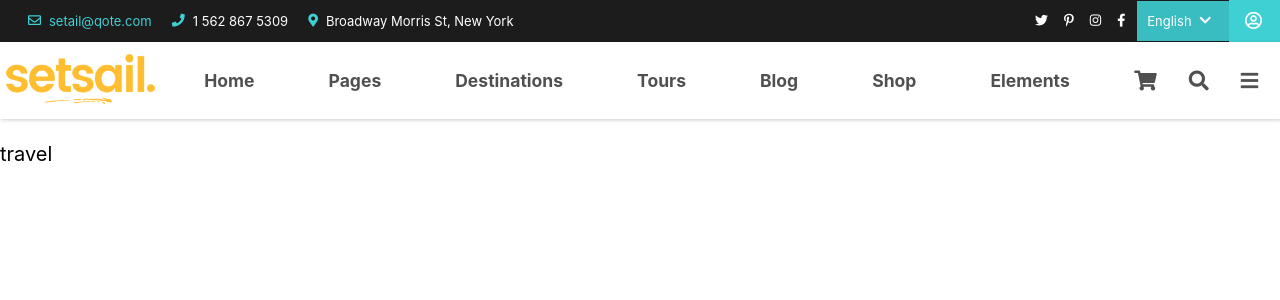
Repository: Hunga9k50doker/Setail
Page: /
These files come from the project's save history. The page is drawn as it stood at one moment and after the next save; the edit follows.
The browser window is 1280 px wide. The pictures show the whole page.
The project was rebuilt for these pictures with package versions that can differ from the ones it lists, and the page was loaded fresh each time. Also part of the build but not shown: src/views/home/exoticDestinations/exotic.js, src/views/home/winterHoliday/winter.js, src/views/pages/aboutUs/about.js, src/views/pages/ourTeam/ourTeam.js, src/views/pages/whatWeOffer/offer.js, src/views/destinations/destinationsItem/item.js, src/views/destinations/destinationsList/list.js, src/views/destinations/destinationsSlider/slider.js and 27 more.

Above is the page before, as saved 2021-10-22 13:44:05.

After the next save:
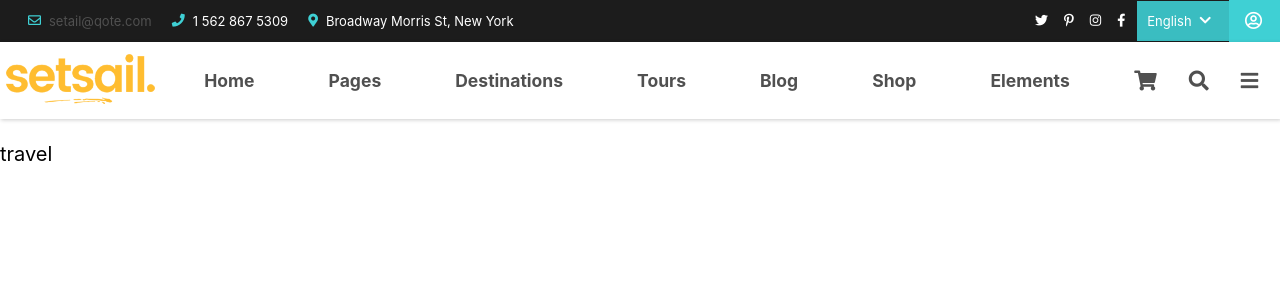
Saved 4 s later.
--- a/src/components/NavOnTop/NavOnTop.js
+++ b/src/components/NavOnTop/NavOnTop.js
@@ -9,7 +9,7 @@ const NavOnTop = () => {
       <ul className="nav__onTop-leftInner">
         <li className="nav__onTop-leftInner-item">
           <i className="far fa-envelope"></i>
-          <NavLink to='/' className="nav__onTop-leftInner-item-text">setail@qote.com</NavLink>
+          <NavLink to='/gmail/com' className="nav__onTop-leftInner-item-text">setail@qote.com</NavLink>
         </li>
         <li className="nav__onTop-leftInner-item">
           <i className="fas fa-phone"></i>
